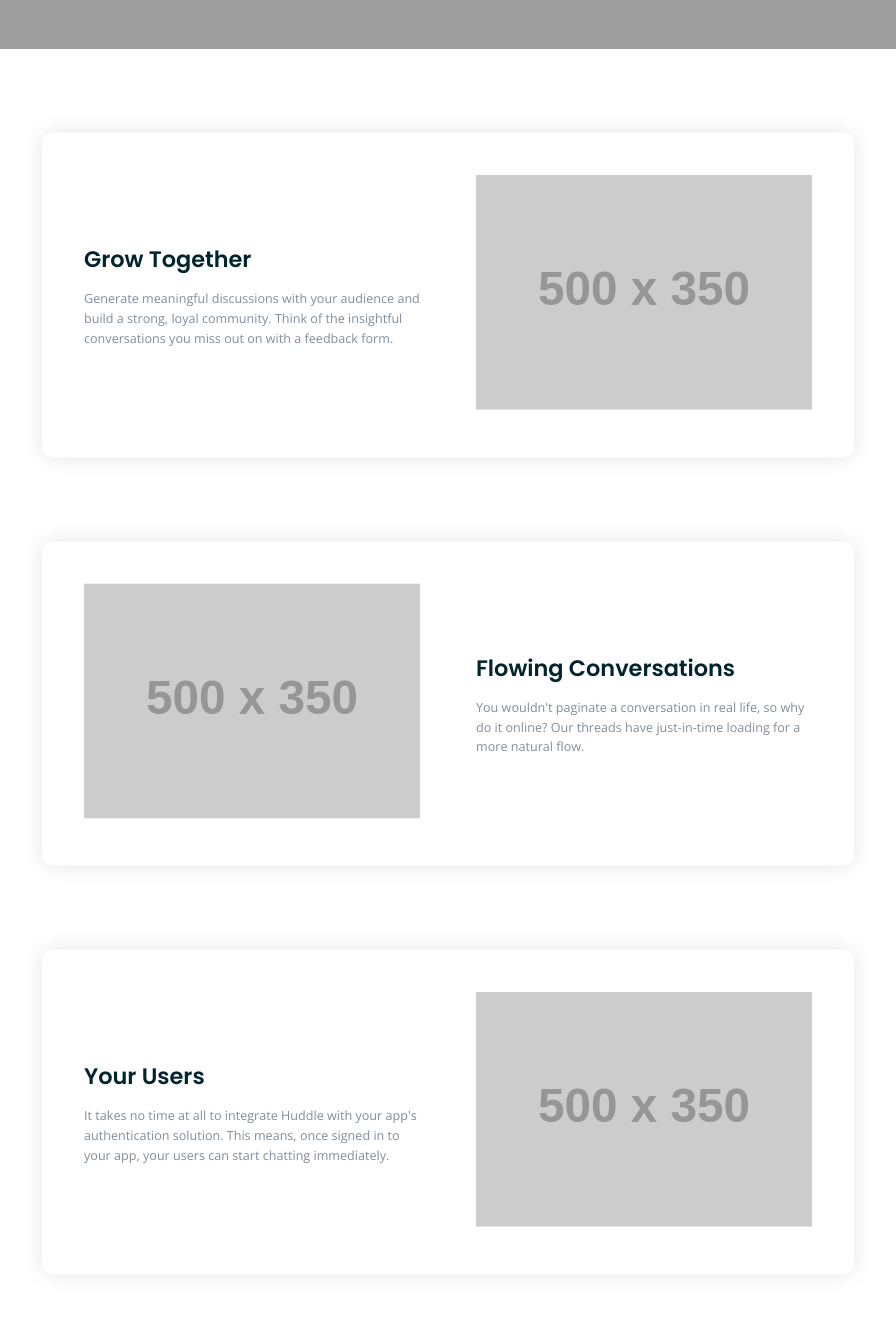
Repository: blordeus/huddle-landing-page
Page: index.html
The author's editor kept a copy of each file at every save. The page is drawn from the files as they stood at one save, then again after the next save.
The browser window is 1280 px wide. The pictures show the part of the page from y = 618 to 2538 px (the page is 3537 px tall before and 3347 px after), at 70% of full size.
Pictures or frames that could not be fetched are drawn as grey boxes.

Above is the page before, as saved 2025-07-01 11:06:18.

### index.html
<!DOCTYPE html>
<html lang="en">
<head>
  <meta charset="UTF-8">
  <meta name="viewport" content="width=device-width, initial-scale=1.0">
  <link rel="icon" type="image/png" sizes="32x32" href="./images/favicon-32x32.png">
  <title>Frontend Mentor | Huddle landing page with alternating feature blocks</title>

  <!-- Google Fonts -->
  <link rel="preconnect" href="https://fonts.googleapis.com">
  <link rel="preconnect" href="https://fonts.gstatic.com" crossorigin>
  <link href="https://fonts.googleapis.com/css2?family=Poppins:wght@600&family=Open+Sans:wght@400;700&display=swap" rel="stylesheet">
  <link rel="stylesheet" type="text/css" href="styles.css" />

  <!-- Font Awesome for social icons -->
  <link rel="stylesheet" href="https://cdnjs.cloudflare.com/ajax/libs/font-awesome/6.0.0/css/all.min.css">
</head>

<body>
  <!-- Header -->
  <header class="header">
    <div class="container">
      <div class="header-content">
        <img src="./images/logo.svg" alt="Logo">
        <a href="#" class="btn btn-outline">Try It Free</a>
      </div>
    </div>
  </header>

  <!-- Hero Section -->
  <section class="hero">
    <div class="container">
      <div class="hero-content">
        <div class="hero-text">
          <h1>Build The Community Your Fans Will Love</h1>
          <p>Huddle re-imagines the way we build communities. You have a voice, but so does your audience. Create connections with your users as you engage in genuine discussion.</p>
          <a href="#" class="btn">Get Started For Free</a>
        </div>
        <div class="hero-image">
          <img src="./images/illustration-mockups.svg" alt="Desktop and mobile chat interface showing community conversations">
        </div>
      </div>
    </div>
  </section>

  <!-- Features Section -->
  <section class="features">
    <div class="container">
      <div class="feature">
        <div class="feature-content">
          <h2>Grow Together</h2>
          <p>Generate meaningful discussions with your audience and build a strong, loyal community. Think of the insightful conversations you miss out on with a feedback form.</p>
        </div>
        <div class="feature-image">
          <img src="https://placehold.co/500x350/e0f7ff/333333?text=People+Having+Meaningful+Conversations+Illustration" alt="Illustration of people having meaningful conversations and building community">
        </div>
      </div>

      <div class="feature">
        <div class="feature-content">
          <h2>Flowing Conversations</h2>
          <p>You wouldn't paginate a conversation in real life, so why do it online? Our threads have just-in-time loading for a more natural flow.</p>
        </div>
        <div class="feature-image">
          <img src="https://placehold.co/500x350/e0f7ff/333333?text=Natural+Flowing+Conversation+Interface+Illustration" alt="Illustration of natural flowing conversation interface with seamless chat threads">
        </div>
      </div>

      <div class="feature">
        <div class="feature-content">
          <h2>Your Users</h2>
          <p>It takes no time at all to integrate Huddle with your app's authentication solution. This means, once signed in to your app, your users can start chatting immediately.</p>
        </div>
        <div class="feature-image">
          <img src="https://placehold.co/500x350/e0f7ff/333333?text=User+Authentication+Integration+Illustration" alt="Illustration showing easy user authentication and immediate chat access">
        </div>
      </div>
    </div>
  </section>

  <!-- Call to Action -->
  <section class="cta">
    <div class="container">
      <h2>Ready To Build Your Community?</h2>
      <a href="#" class="btn">Get Started For Free</a>
    </div>
  </section>

  <!-- Footer -->
  <footer class="footer">
    <div class="container">
      <div class="footer-content">
        <div class="footer-info">
          <a href="#" class="footer-logo">
            <div class="logo-icon">
              <i class="fas fa-comments"></i>
            </div>
            Huddle
          </a>
          <div class="contact-info">
            <div class="contact-item">
              <i class="fas fa-map-marker-alt"></i>
              <p>Lorem ipsum dolor sit amet, consectetur adipiscing elit, sed do eiusmod tempor incididunt ut labore et dolore magna aliqua</p>
            </div>
            <div class="contact-item">
              <i class="fas fa-phone"></i>
              <p>+1-543-123-4567</p>
            </div>
            <div class="contact-item">
              <i class="fas fa-envelope"></i>
              <p>example@huddle.com</p>
            </div>
          </div>
        </div>

        <div class="footer-links">
          <a href="#">About Us</a>
          <a href="#">What We Do</a>
          <a href="#">FAQ</a>
        </div>

        <div class="footer-links">
          <a href="#">Career</a>
          <a href="#">Blog</a>
          <a href="#">Contact Us</a>
        </div>

        <div class="social-icons">
          <a href="#" class="social-icon" aria-label="Facebook">
            <i class="fab fa-facebook-f"></i>
          </a>
          <a href="#" class="social-icon" aria-label="Twitter">
            <i class="fab fa-twitter"></i>
          </a>
          <a href="#" class="social-icon" aria-label="Instagram">
            <i class="fab fa-instagram"></i>
          </a>
        </div>
      </div>

      <div class="copyright">
        <p>&copy; Copyright 2018 Huddle. All rights reserved.</p>
      </div>
    </div>

    <p class="attribution">
      Challenge by <a href="https://www.frontendmentor.io?ref=challenge" target="_blank">Frontend Mentor</a>.
      Coded by <a href="#">Your Name Here</a>.
    </p>
  </footer>
</body>
</html>

### styles.css
    * {
      margin: 0;
      padding: 0;
      box-sizing: border-box;
    }

    body {
      font-family: 'Open Sans', sans-serif;
      font-size: 18px;
      line-height: 1.6;
      color: hsl(192, 100%, 9%);
    }

    .container {
      max-width: 1200px;
      margin: 0 auto;
      padding: 0 20px;
    }

    /* Header */
    .header {
      background: hsl(193, 100%, 96%);
      padding: 24px 0;
    }

    .header-content {
      display: flex;
      justify-content: space-between;
      align-items: center;
    }

    .header-content img {
      height: 40px;
    }

    .btn {
      background: hsl(322, 100%, 66%);
      color: white;
      border: none;
      padding: 12px 48px;
      border-radius: 24px;
      font-family: 'Open Sans', sans-serif;
      font-weight: 700;
      font-size: 14px;
      cursor: pointer;
      text-decoration: none;
      display: inline-block;
      transition: opacity 0.3s ease;
      box-shadow: 0 4px 8px rgba(0, 0, 0, 0.1);
    }

    .btn:hover {
      opacity: 0.8;
    }

    .btn-outline {
      background: white;
      box-shadow: 0 4px 8px rgba(0, 0, 0, 0.1);
      color: #00252E;
    }

    .btn-outline:hover {
      color: #808E9A;
    }

    /* Hero Section */
    .hero {
      background: hsl(199, 100%, 96%);
      background-image: url('./images/bg-hero.svg');
      background-size: cover;
      background-position: center;
      padding: 80px 0 120px;
    }

    .hero-content {
      display: grid;
      grid-template-columns: 1fr 1fr;
      gap: 80px;
      align-items: center;
    }

    .hero-text h1 {
      font-family: 'Poppins', sans-serif;
      font-weight: 600;
      font-size: 48px;
      line-height: 1.2;
      margin-bottom: 24px;
      color: hsl(192, 100%, 9%);
    }

    .hero-text p {
      font-size: 18px;
      color: hsl(192, 100%, 9%);
      margin-bottom: 32px;
      line-height: 1.6;
    }

    .hero-image {
      text-align: center;
    }

    .hero-image img {
      max-width: 100%;
      height: auto;
    }

    /* Features Section */
    .features {
      padding: 120px 0;
    }

    .feature {
      display: grid;
      grid-template-columns: 1fr 1fr;
      gap: 80px;
      align-items: center;
      margin-bottom: 120px;
      background: white;
      padding: 60px;
      border-radius: 16px;
      box-shadow: 0 0 30px rgba(0, 0, 0, 0.1);
    }

    .feature:nth-child(even) .feature-content {
      order: 2;
    }

    .feature:nth-child(even) .feature-image {
      order: 1;
    }

    .feature h2 {
      font-family: 'Poppins', sans-serif;
      font-weight: 600;
      font-size: 32px;
      margin-bottom: 16px;
      color: hsl(192, 100%, 9%);
    }

    .feature p {
      color: hsl(208, 11%, 55%);
      line-height: 1.6;
    }

    .feature-image {
      text-align: center;
    }

    .feature-image img {
      max-width: 100%;
      height: auto;
    }

    /* Call to Action */
    .cta {
      text-align: center;
      padding: 80px 0;
      background: white;
      margin: 0 20px;
      border-radius: 16px;
      box-shadow: 0 0 30px rgba(0, 0, 0, 0.1);
      position: relative;
      z-index: 2;
      transform: translateY(50%);
    }

    .cta h2 {
      font-family: 'Poppins', sans-serif;
      font-weight: 600;
      font-size: 32px;
      margin-bottom: 32px;
      color: hsl(192, 100%, 9%);
    }

    /* Footer */
    .footer {
      background: hsl(192, 100%, 9%);
      color: white;
      padding: 120px 0 40px;
    }

    .footer-content {
      display: grid;
      grid-template-columns: 2fr 1fr 1fr 1fr;
      gap: 60px;
      margin-bottom: 40px;
    }

    .footer-logo {
      display: flex;
      align-items: center;
      gap: 8px;
      font-family: 'Poppins', sans-serif;
      font-weight: 600;
      font-size: 24px;
      color: white;
      text-decoration: none;
      margin-bottom: 24px;
    }

    .footer-logo .logo-icon {
      background: white;
      color: hsl(322, 100%, 66%);
    }

    .contact-info {
      display: flex;
      flex-direction: column;
      gap: 16px;
    }

    .contact-item {
      display: flex;
      align-items: flex-start;
      gap: 16px;
    }

    .contact-item i {
      margin-top: 4px;
      width: 16px;
    }

    .footer-links {
      display: flex;
      flex-direction: column;
      gap: 12px;
    }

    .footer-links a {
      color: white;
      text-decoration: none;
      transition: color 0.3s ease;
    }

    .footer-links a:hover {
      color: hsl(322, 100%, 66%);
    }

    .social-icons {
      display: flex;
      gap: 16px;
      justify-content: center;
    }

    .social-icon {
      width: 40px;
      height: 40px;
      border: 1px solid white;
      border-radius: 50%;
      display: flex;
      align-items: center;
      justify-content: center;
      color: white;
      text-decoration: none;
      transition: all 0.3s ease;
    }

    .social-icon:hover {
      color: hsl(322, 100%, 66%);
      border-color: hsl(322, 100%, 66%);
    }

    .copyright {
      text-align: center;
      font-size: 14px;
      color: hsl(208, 11%, 55%);
      padding-top: 40px;
      border-top: 1px solid hsl(208, 11%, 55%);
    }

    .attribution {
      font-size: 11px;
      text-align: center;
      margin-top: 20px;
    }

    .attribution a {
      color: hsl(228, 45%, 44%);
    }

    /* Responsive Design */
    @media (max-width: 768px) {
      .container {
        padding: 0 16px;
      }

      .hero {
        background-image: url('./images/bg-hero.svg');
      }

      .header-content {
        flex-direction: column;
        gap: 20px;
      }

      .hero-content {
        grid-template-columns: 1fr;
        gap: 40px;
        text-align: center;
      }

      .hero-text h1 {
        font-size: 32px;
      }

      .feature {
        grid-template-columns: 1fr;
        gap: 40px;
        padding: 40px 20px;
        text-align: center;
      }

      .feature:nth-child(even) .feature-content,
      .feature:nth-child(even) .feature-image {
        order: unset;
      }

      .footer-content {
        grid-template-columns: 1fr;
        gap: 40px;
        text-align: center;
      }

      .social-icons {
        justify-content: center;
      }

      .cta {
        margin: 0 16px;
        padding: 40px 20px;
      }

      .cta h2 {
        font-size: 24px;
      }
    }

After the next save:
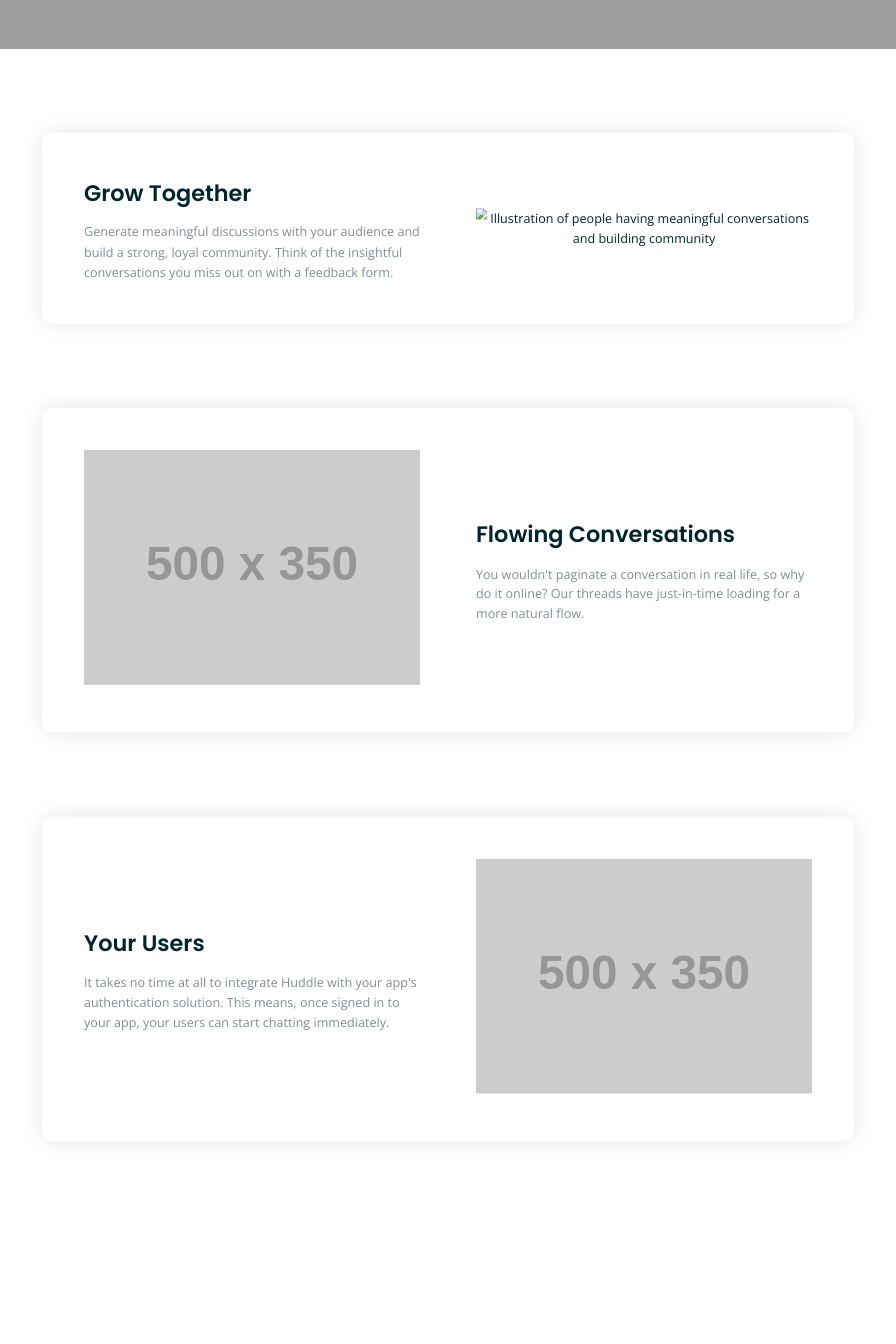
Saved 32 s later.
--- a/index.html
+++ b/index.html
@@ -52,7 +52,7 @@
           <p>Generate meaningful discussions with your audience and build a strong, loyal community. Think of the insightful conversations you miss out on with a feedback form.</p>
         </div>
         <div class="feature-image">
-          <img src="https://placehold.co/500x350/e0f7ff/333333?text=People+Having+Meaningful+Conversations+Illustration" alt="Illustration of people having meaningful conversations and building community">
+          <img src="./" alt="Illustration of people having meaningful conversations and building community">
         </div>
       </div>
 
